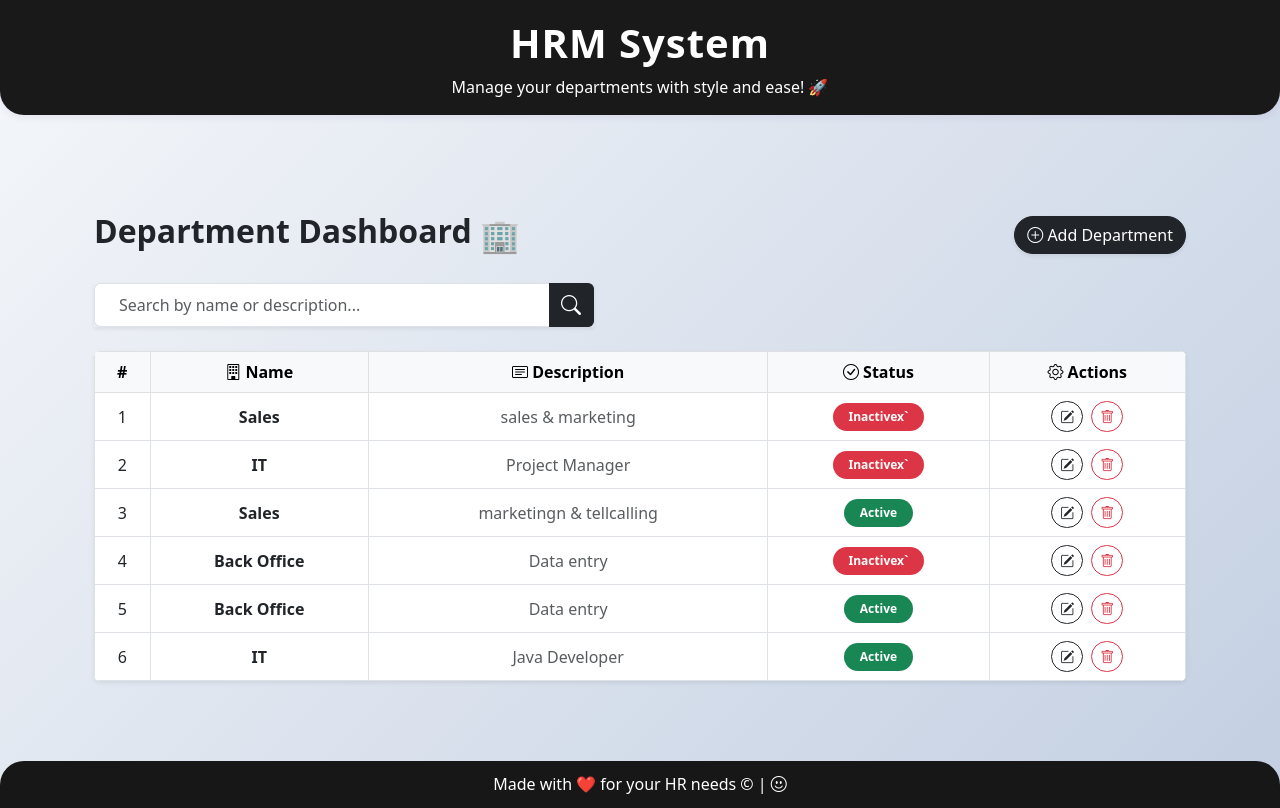
Repository: rtrupti09/HRMS
Page: http://localhost/departments/
An editor plug-in stored every save of this project. The page is shown before and after a run of saves, followed by the edit.
The browser window is 1280 px wide. The pictures show the whole page.
The page is served by the project's application, run on Django 5.2 (hrm_system/manage.py). The first stored user is signed in. Other server files are loaded and not shown. The page reads the database file committed with the project.

Above is the page before, as saved 2025-06-22 15:54:40.

### hrm_system/templates/department/dashboard.html
{% extends "base.html" %}

{% block extra_head %}
<link rel="stylesheet" href="https://cdn.jsdelivr.net/npm/bootstrap-icons@1.10.5/font/bootstrap-icons.css">
{% endblock %}

{% block content %}
<div class="container py-5">
    <!-- Header -->
    <div class="d-flex align-items-center justify-content-between mb-4">
        <div class="d-flex align-items-center">
            <h2 class="me-2 text-dark fw-bold">Department Dashboard</h2>
            <span class="fs-2">🏢</span>
        </div>
        <a href="{% url 'add_department' %}" class="btn btn-dark shadow-sm" style="border-radius: 30px;">
            <i class="bi bi-plus-circle"></i> Add Department
        </a>
    </div>

<!-- Stylish Search Form -->
<form method="get" class="input-group mb-4 shadow-sm" style="max-width: 500px;">
    <input type="text" name="search" value="{{ search }}"
           class="form-control px-4 py-2 border-end-0 "
           placeholder="Search by name or description..."
           style="font-size: 1rem;">
    <button class="btn btn-dark border-start-0 " type="submit">
        <i class="bi bi-search fs-5"></i>
    </button>
</form>


    <!-- Department Table -->
    <div class="table-responsive rounded shadow-sm">
        <table class="table table-bordered table-hover align-middle mb-0" style="background-color: #ffffff;">
            <thead class="table-light">
                <tr class="text-center">
                    <th>#</th>
                    <th><i class="bi bi-building"></i> Name</th>
                    <th><i class="bi bi-card-text"></i> Description</th>
                    <th><i class="bi bi-check-circle"></i> Status</th>
                    <th><i class="bi bi-gear"></i> Actions</th>
                </tr>
            </thead>
            <tbody>
                {% for dept in departments %}
                <tr class="text-center">
                    <td>{{ forloop.counter }}</td>
                    <td class="fw-semibold text-capitalize text-dark">{{ dept.dept_name }}</td>
                    <td class="text-muted">{{ dept.description }}</td>
                    <td>
                        {% if dept.status %}
                            <span class="badge bg-success px-3 py-2 rounded-pill">Active</span>
                        {% else %}
                            <span class="badge bg-danger px-3 py-2 rounded-pill">Inactivex`</span>
                        {% endif %}
                    </td>
                    <td>
                        <a href="{% url 'edit_department' dept.id %}" class="btn btn-sm btn-outline-dark rounded-pill me-1">
                            <i class="bi bi-pencil-square"></i>
                        </a>
                        <a href="{% url 'delete_department' dept.id %}" class="btn btn-sm btn-outline-danger rounded-pill">
                            <i class="bi bi-trash"></i>
                        </a>
                    </td>
                </tr>
                {% empty %}
                <tr>
                    <td colspan="5" class="text-center text-muted py-4">😕 No departments found.</td>
                </tr>
                {% endfor %}
            </tbody>
        </table>
    </div>
</div>
{% endblock %}

### hrm_system/templates/base.html
<!-- templates/base.html -->
<!DOCTYPE html>
<html lang="en">
<head>
    <meta charset="UTF-8">
    <title>HRM System</title>
    <meta name="viewport" content="width=device-width, initial-scale=1">
    <link href="https://cdn.jsdelivr.net/npm/bootstrap@5.3.0/dist/css/bootstrap.min.css" rel="stylesheet">
    <link rel="stylesheet" href="https://cdn.jsdelivr.net/npm/bootstrap-icons@1.10.5/font/bootstrap-icons.css">
    <style>
        body {
            background: linear-gradient(135deg, #f5f7fa 0%, #c3cfe2 100%);
            min-height: 100vh;
        }
        .hrm-header {
            background: #19191a;
            color: #fff;
            padding: 1.2rem 0 1rem 0;
            border-radius: 0 0 24px 24px;
            box-shadow: 0 2px 8px rgba(75,0,130,0.08);
            margin-bottom: 2rem;
        }
        .hrm-footer {
            background: #171717;
            color: #fff;
            text-align: center;
            padding: 0.7rem 0;
            border-radius: 24px 24px 0 0;
            margin-top: 2rem;
            font-size: 1rem;
        }
    </style>
    {% block extra_head %}{% endblock %}
</head>
<body>
    <div class="hrm-header text-center">
        <h1 style="font-weight:bold; letter-spacing:1px;">HRM System</h1>
        <p class="mb-0">Manage your departments with style and ease! 🚀</p>
    </div>
    <div class="container pt-3">
        {% if messages %}
        <div>
            {% for message in messages %}
                <div class="alert alert-{{ message.tags }} alert-dismissible fade show" role="alert">
                    {{ message }}
                    <button type="button" class="btn-close" data-bs-dismiss="alert"></button>
                </div>
            {% endfor %}
        </div>
        {% endif %}
        {% block content %}{% endblock %}
    </div>
    <div class="hrm-footer">
        <span>Made with ❤️ for your HR needs &copy; {{ now|date:'Y' }} | <i class="bi bi-emoji-smile"></i></span>
    </div>
</body>
</html>

### hrm_system/department/models.py
# department/models.py
from django.db import models

class Department(models.Model):
    dept_name = models.CharField(max_length=100)
    description = models.CharField(max_length=300)
    created_at = models.DateTimeField(auto_now_add=True)
    updated_at = models.DateTimeField(auto_now=True)
    status = models.BooleanField(default=True)

    def __str__(self):
        return self.dept_name

### hrm_system/department/views.py
# department/views.py
from django.shortcuts import render, redirect, get_object_or_404
from .models import Department
from .forms import DepartmentForm
from django.contrib import messages
from django.contrib.auth.decorators import user_passes_test

def admin_required(view_func):
    return user_passes_test(lambda u: u.is_superuser)(view_func)

@admin_required
def department_dashboard(request):
    departments = Department.objects.all()
    query = request.GET.get("search", "")
    if query:
        departments = departments.filter(dept_name__icontains=query)
    return render(request, "department/dashboard.html", {"departments": departments})

@admin_required
def add_department(request):
    if request.method == "POST":
        form = DepartmentForm(request.POST)
        if form.is_valid():
            form.save()
            messages.success(request, "Department added successfully.")
            return redirect('department_dashboard')
    else:
        form = DepartmentForm()
    return render(request, "department/add_edit.html", {"form": form})

@admin_required
def edit_department(request, dept_id):
    department = get_object_or_404(Department, pk=dept_id)
    if request.method == "POST":
        form = DepartmentForm(request.POST, instance=department)
        if form.is_valid():
            form.save()
            messages.success(request, "Department updated successfully.")
            return redirect('department_dashboard')
    else:
        form = DepartmentForm(instance=department)
    return render(request, "department/add_edit.html", {"form": form})

@admin_required
def delete_department(request, dept_id):
    department = get_object_or_404(Department, pk=dept_id)
    if request.method == "POST":
        department.status = False  # Soft delete
        department.save()
        messages.warning(request, "Department deactivated. Reassign employees before deletion.")
        return redirect('department_dashboard')
    return render(request, "department/confirm_delete.html", {"department": department})

### hrm_system/hrm_system/urls.py
"""
URL configuration for hrm_system project.

The `urlpatterns` list routes URLs to views. For more information please see:
    https://docs.djangoproject.com/en/5.2/topics/http/urls/
Examples:
Function views
    1. Add an import:  from my_app import views
    2. Add a URL to urlpatterns:  path('', views.home, name='home')
Class-based views
    1. Add an import:  from other_app.views import Home
    2. Add a URL to urlpatterns:  path('', Home.as_view(), name='home')
Including another URLconf
    1. Import the include() function: from django.urls import include, path
    2. Add a URL to urlpatterns:  path('blog/', include('blog.urls'))
"""
# hrm_system/urls.py

from django.contrib import admin
from django.urls import path, include
from django.shortcuts import redirect

urlpatterns = [
    path('admin/', admin.site.urls),
    path('departments/', include('department.urls')),
    path('accounts/', include('django.contrib.auth.urls')),  # ✅ Add this line
    path('', lambda request: redirect('department_dashboard')),
]

### hrm_system/department/urls.py
# department/urls.py
from django.urls import path
from . import views

urlpatterns = [
    path('', views.department_dashboard, name='department_dashboard'),
    path('add/', views.add_department, name='add_department'),
    path('edit/<int:dept_id>/', views.edit_department, name='edit_department'),
    path('delete/<int:dept_id>/', views.delete_department, name='delete_department'),
]

### hrm_system/db.sqlite3 (the tables this page reads, as SQL)
CREATE TABLE "auth_user" ("id" integer NOT NULL PRIMARY KEY AUTOINCREMENT, "password" varchar(128) NOT NULL, "last_login" datetime NULL, "is_superuser" bool NOT NULL, "username" varchar(150) NOT NULL UNIQUE, "last_name" varchar(150) NOT NULL, "email" varchar(254) NOT NULL, "is_staff" bool NOT NULL, "is_active" bool NOT NULL, "date_joined" datetime NOT NULL, "first_name" varchar(150) NOT NULL);
INSERT INTO "auth_user" VALUES
(1, 'pbkdf2_sha256$1000000$klXm5yfIOGV7m5jneleXNI$T7tebBIVv4do04abtiFRVLbcZeciDKrjFDq6fdQjkgs=', '2025-06-22 09:39:57.673721', 1, 'admin', '', '', 1, 1, '2025-06-22 09:14:34.032178', '');

CREATE TABLE "department_department" ("id" integer NOT NULL PRIMARY KEY AUTOINCREMENT, "dept_name" varchar(100) NOT NULL, "description" varchar(300) NOT NULL, "created_at" datetime NOT NULL, "updated_at" datetime NOT NULL, "status" bool NOT NULL);
INSERT INTO "department_department" VALUES
(1, 'sales', 'sales & marketing', '2025-06-22 09:48:29.772689', '2025-06-22 09:53:15.225973', 0),
(2, 'IT', 'Project Manager', '2025-06-22 09:50:40.913259', '2025-06-22 09:50:45.176349', 0),
(3, 'sales', 'marketingn & tellcalling', '2025-06-22 09:53:28.339740', '2025-06-22 09:53:44.053389', 1),
(4, 'back office', 'Data entry', '2025-06-22 09:54:09.921954', '2025-06-22 09:54:14.452761', 0),
(5, 'back office', 'Data entry', '2025-06-22 09:54:41.224577', '2025-06-22 09:54:41.224597', 1),
(6, 'IT', 'Java Developer', '2025-06-22 10:01:21.121885', '2025-06-22 10:01:21.121905', 1);

After the next 2 saves:
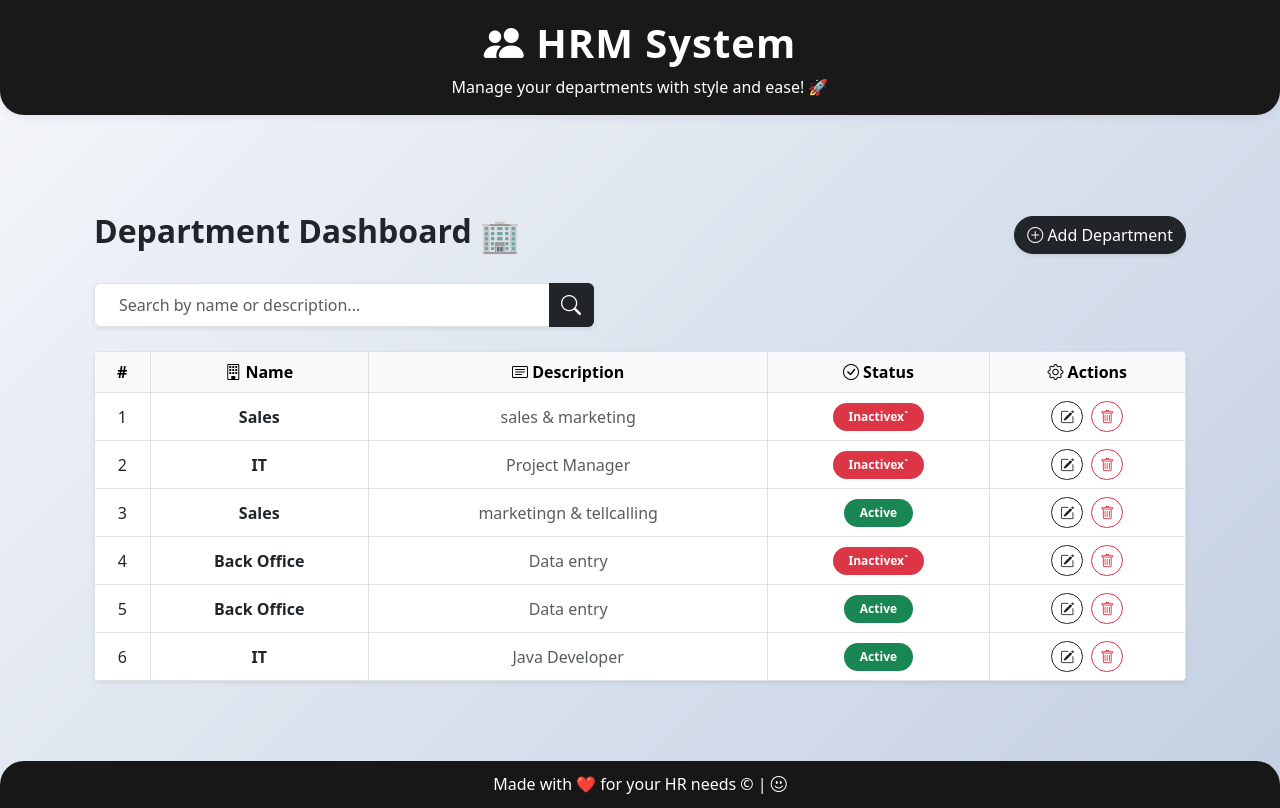
The 2 saves are shown as one change because they came seconds apart.
The last was saved 5 s later.
--- a/hrm_system/templates/base.html
+++ b/hrm_system/templates/base.html
@@ -34,7 +34,7 @@
 </head>
 <body>
     <div class="hrm-header text-center">
-        <h1 style="font-weight:bold; letter-spacing:1px;">HRM System</h1>
+        <h1 style="font-weight:bold; letter-spacing:1px;"><i class="bi bi-people-fill"></i> HRM System</h1>
         <p class="mb-0">Manage your departments with style and ease! 🚀</p>
     </div>
     <div class="container pt-3">
